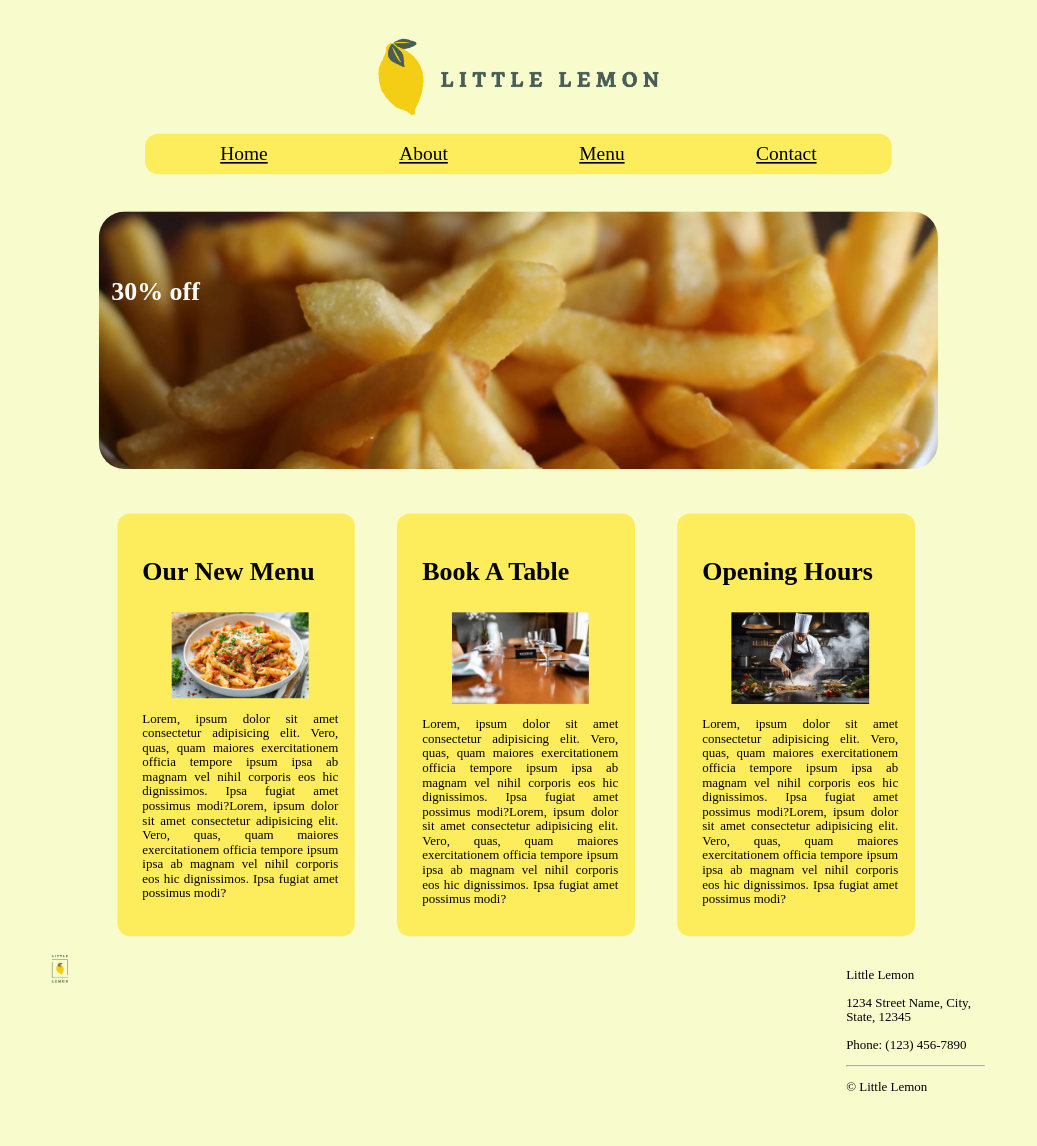
Repository: Yeshwanth-189/meta-html-css
Page: index.html
These files come from the project's save history. The page is drawn as it stood at one moment and after the next save; the edit follows.
The browser window is 1280 px wide. The pictures show the whole page, at 81% of full size.

Above is the page before, as saved 2025-04-22 00:15:54.

### index.html
<!DOCTYPE html>
<html lang="en">
    <head>
        <meta charset="UTF-8">
        <meta name="viewport" content="width=device-width, initial-scale=1.0">
        <title>Little Lemon</title>
        <link rel="stylesheet" href="styles.css">
        <meta name="description" content="A simple web page for Little Lemon restaurant.">
        <meta name="author" content="Little Lemon Restaurant">
    </head>
    <body>
        <header>
            <img src="/Logos/Asset 16@4x.png" alt="Little Lemon Logo" id="logo">
            <nav id="navbar">
                <ul>
                    <li><a href="home">Home</a></li>
                    <li><a href="about">About</a></li>
                    <li><a href="menu">Menu</a></li>
                    <li><a href="contact">Contact</a></li>
                </ul>
        </header>
        <main>
            <div>
                <img src="/Logos/image.png" alt="discount-image" id="discount-image">
                <div class="text-overlay">
                    <h1>30% off</h1>

            </div>
            <section>
                <article>
                    <h1>Our New Menu</h1>
                    <img src="/Logos/Pasta.png" alt="Pasta Image" id="article-image">
                    <p>Lorem, ipsum dolor sit amet consectetur adipisicing elit. Vero, quas, quam maiores exercitationem officia tempore ipsum ipsa ab magnam vel nihil corporis eos hic dignissimos. Ipsa fugiat amet possimus modi?Lorem, ipsum dolor sit amet consectetur adipisicing elit. Vero, quas, quam maiores exercitationem officia tempore ipsum ipsa ab magnam vel nihil corporis eos hic dignissimos. Ipsa fugiat amet possimus modi?</p>
                </article>
                <article>
                    <h1>Book A Table</h1>
                    <img src="/Logos/reserve.jpg" alt="Reserve Image" id="article-image">
                    <p>Lorem, ipsum dolor sit amet consectetur adipisicing elit. Vero, quas, quam maiores exercitationem officia tempore ipsum ipsa ab magnam vel nihil corporis eos hic dignissimos. Ipsa fugiat amet possimus modi?Lorem, ipsum dolor sit amet consectetur adipisicing elit. Vero, quas, quam maiores exercitationem officia tempore ipsum ipsa ab magnam vel nihil corporis eos hic dignissimos. Ipsa fugiat amet possimus modi?</p>
                </article>
                <article>
                    <h1>Opening Hours</h1>
                    <img src="/Logos/Chef.jpg" alt="Chef Image" id="article-image">
                    <p>Lorem, ipsum dolor sit amet consectetur adipisicing elit. Vero, quas, quam maiores exercitationem officia tempore ipsum ipsa ab magnam vel nihil corporis eos hic dignissimos. Ipsa fugiat amet possimus modi?Lorem, ipsum dolor sit amet consectetur adipisicing elit. Vero, quas, quam maiores exercitationem officia tempore ipsum ipsa ab magnam vel nihil corporis eos hic dignissimos. Ipsa fugiat amet possimus modi?</p>
                </article>
            </section>
        </main>
        <footer>
            <div>
                <img src="/Logos/Asset 20@4x.png" alt="Little Lemon Logo">
            </div>
            <div>
                <p>Little Lemon</p>
                <p>1234 Street Name, City, State, 12345</p>
                <p>Phone: (123) 456-7890</p>
                <p><hr></p>
                <p>&copy; Little Lemon</p>
            </div>
        </footer>
</html>

### styles.css
body {
  background-color: #f8fccc;
  margin-top: 3rem;
  margin-bottom: 3rem;
  margin-left: 5%;
  margin-right: 5%;
}
h1 {
  font-size: 3rem;
}
h1 {
  font-size: 2rem;
}
header > img {
  display: block;
  margin-left: auto;
  margin-right: auto;
  width: 30%;
  height: auto;
}
#discount-image {
  width: 90%;
  height: auto;
  margin-top: 2%;
  margin-left: 5%;
  border-radius: 2rem;
}
.text-overlay {
  position: absolute;
  top: 50%;
  left: 15%;
  transform: translate(-50%, -50%);
  color: white;
  font-size: 5rem;
}
nav ul {
  margin: 2% 10% 2% 10%;
  list-style-type: none;
  text-align: center;
  padding: 1%;
  background-color: rgb(253, 237, 92);
  display: flex;
  font-size: 1.5rem;
  border-radius: 1rem;
  justify-content: space-around;
}
nav li {
  display: inline-block;
}
section {
  display: flex;
  margin: 0% 3% 0% 7%;
}
article {
  flex: 1;
  padding-left: 3%;
  padding-right: 2%;
  padding-top: 2%;
  padding-bottom: 2%;
  text-align: justify;
  background-color: rgb(253, 237, 92);
  margin-right: 5%;
  margin-top: 5%;
  border-radius: 1rem;
}
article > img {
  display: block;
  margin-left: auto;
  margin-right: auto;
  width: 70%;
  height: auto;
}
footer {
  display: flex;
  align-content: flex-start;
  margin-top: 2%;
}
footer > div > img {
  display: block;
  width: 2%;
  height: auto;
}
a {
  color: black;
}

After the next save:
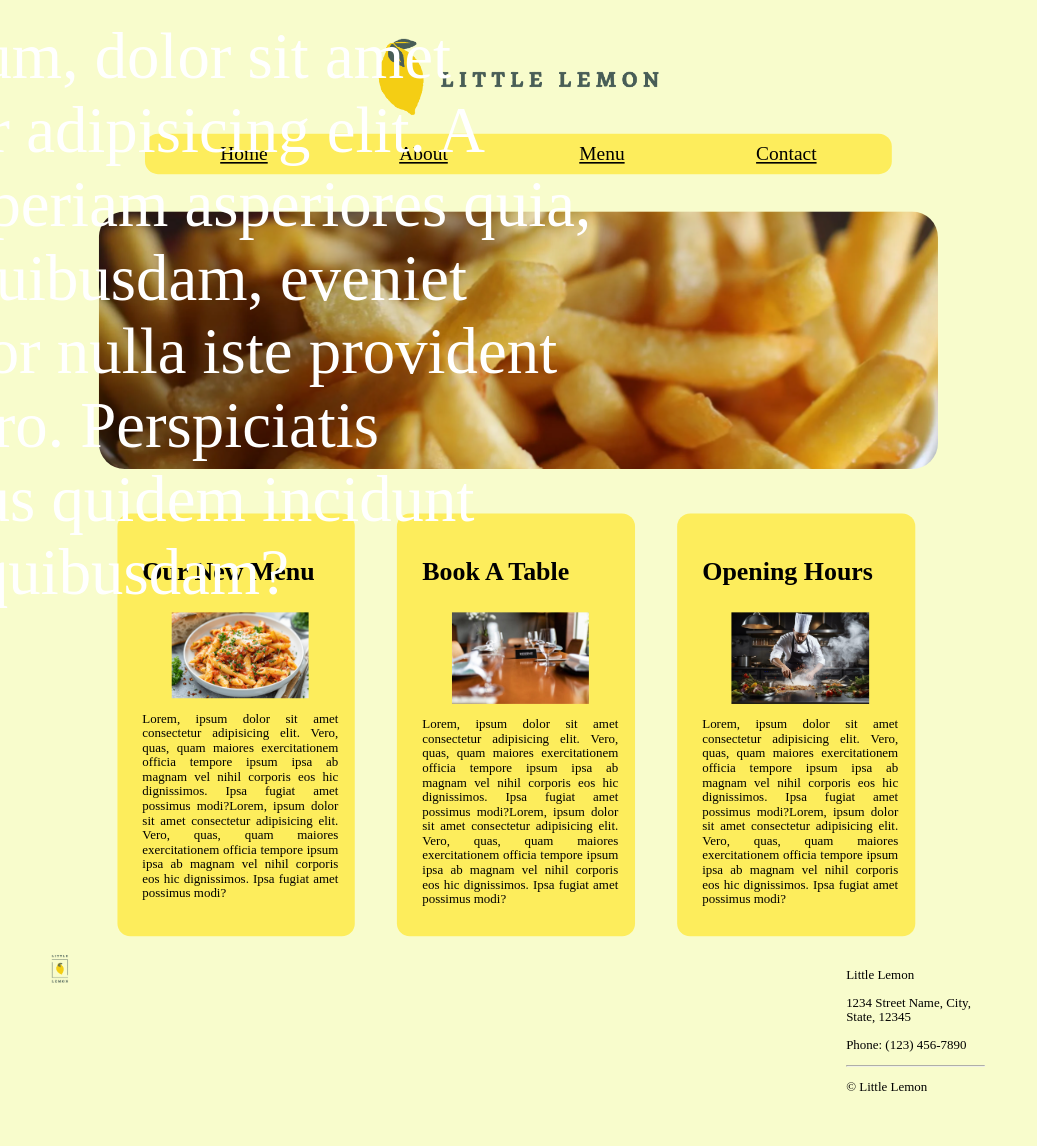
Saved 11 s later.
--- a/index.html
+++ b/index.html
@@ -24,7 +24,7 @@
                 <img src="/Logos/image.png" alt="discount-image" id="discount-image">
                 <div class="text-overlay">
                     <h1>30% off</h1>
-
+                    <p>Lorem ipsum, dolor sit amet consectetur adipisicing elit. A fuga non aperiam asperiores quia, dolorem, quibusdam, eveniet debitis dolor nulla iste provident adipisci vero. Perspiciatis voluptatibus quidem incidunt doloribus quibusdam?</p>
             </div>
             <section>
                 <article>
